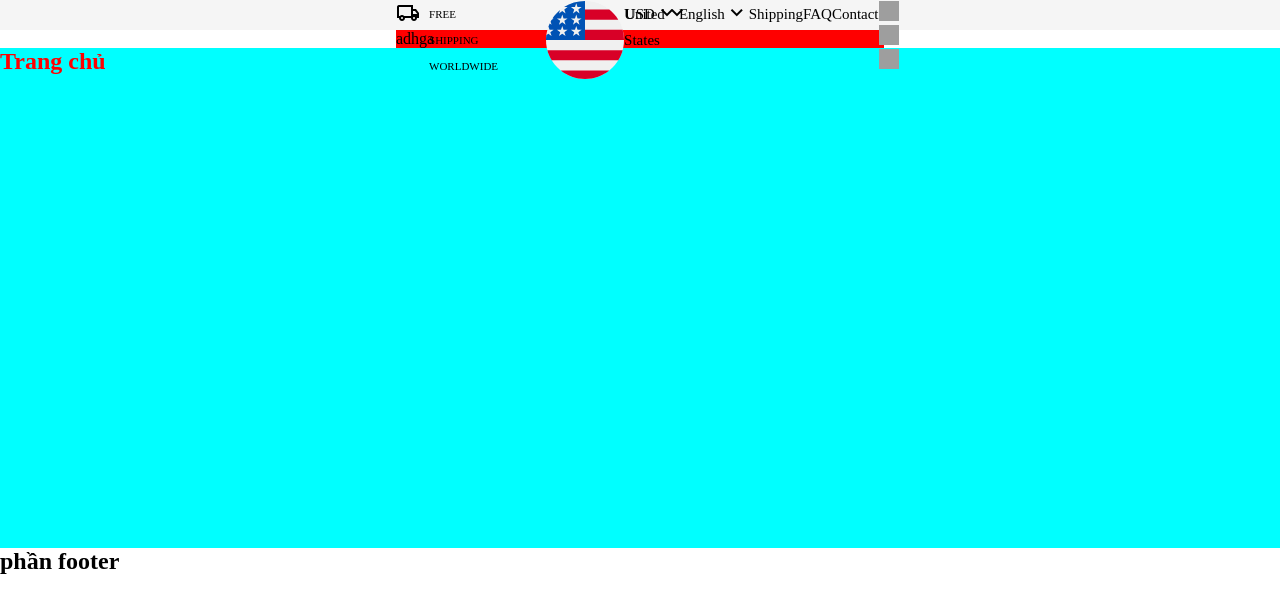
Repository: tatvanhco/shopper
Page: /
The author's editor kept a copy of each file at every save. The page is drawn from the files as they stood at one save, then again after a run of saves.
The browser window is 1280 px wide. The pictures show the whole page.
Pictures or frames that could not be fetched are drawn as grey boxes. The project was rebuilt for these pictures with package versions that can differ from the ones it lists, and the page was loaded fresh each time.

Above is the page before, as saved 2022-09-24 11:51:46.

### src/index.tsx
import React from 'react';
import { createRoot } from 'react-dom/client';
import { Provider } from 'react-redux';
import { store } from './app/store';
import App from './App';
import reportWebVitals from './reportWebVitals';
import './index.scss';

const container = document.getElementById('root')!;
const root = createRoot(container);

root.render(
    <React.StrictMode>
        <Provider store={store}>
            <App />
        </Provider>
    </React.StrictMode>,
);

// If you want to start measuring performance in your app, pass a function
// to log results (for example: reportWebVitals(console.log))
// or send to an analytics endpoint. Learn more: https://bit.ly/CRA-vitals
reportWebVitals();

### src/app/store.ts
import { configureStore, ThunkAction, Action, getDefaultMiddleware } from '@reduxjs/toolkit';
import createSagaMiddleware from '@redux-saga/core';
import rootSaga from './rootSaga';

const sagaMiddleware = createSagaMiddleware();
export const store = configureStore({
    reducer: {

    },
    middleware: (getDefaultMiddleware) => {
        return getDefaultMiddleware().concat(sagaMiddleware);
    },
});

sagaMiddleware.run(rootSaga);

export type AppDispatch = typeof store.dispatch;
export type RootState = ReturnType<typeof store.getState>;
export type AppThunk<ReturnType = void> = ThunkAction<ReturnType, RootState, unknown, Action<string>>;

### src/App.tsx
import React from 'react';
import './App.scss';
import Header from 'components/header/header';
import Footer from 'components/footer/footer';
import Home from 'pages/home/home';

function App() {
    return (
        <div className="App">
            <Header />
            <Home />
            <Footer />
        </div>
    );
}

export default App;

### src/index.scss
/* @import 'normalize.css'; */
@import url('https://fonts.googleapis.com/css2?family=Roboto:wght@300;400;500;700&display=swap');
@import url('https://fonts.googleapis.com/css2?family=Material+Symbols+Outlined:opsz,wght,FILL,GRAD@20..48,100..700,0..1,-50..200');

body {
    margin: -15px 0 0 0;
    padding: 0;
    /* font-family: -apple-system, BlinkMacSystemFont, 'Segoe UI', 'Roboto', 'Oxygen', 'Ubuntu', 'Cantarell', 'Fira Sans',
        'Droid Sans', 'Helvetica Neue', sans-serif; */
    -webkit-font-smoothing: antialiased;
    -moz-osx-font-smoothing: grayscale;
}

html {
    margin: 0;
    padding: 0;
}

code {
    font-family: source-code-pro, Menlo, Monaco, Consolas, 'Courier New', monospace;
}

p {
    margin: 0 !important;
    line-height: initial;
}

h1,
h2 {
    margin: 0;
}

### src/app/rootSaga.ts
function* rootSaga() {
    console.log('hahahha');
}

export default rootSaga;

### src/App.scss
.container {
    padding: 0px 16px;
    margin: 0 380px;
}

.d-flex {
    display: flex;
}

.ul {
    list-style: none;
    padding-left: 0;
}

.title {
    font-size: 15px;
    line-height: 26px;
    padding: 5px 2;
}

.img-icon {
    width: 20px;
    height: 20px;
}

### src/components/header/header.tsx
import clsx from 'clsx';
import { url } from 'inspector';
import { Fragment } from 'react';
import styles from './header.module.scss';

function header() {
    return (
        <Fragment>
            <div className="header">
                <div className={styles.headerTop}>
                    <div className="container">
                        <div className={clsx(styles.headerContact, 'd-flex')}>
                            <div className="headerContactRight">
                                <ul className={clsx('headerContactRightItems', 'ul', 'd-flex')}>
                                    <li className={clsx('headerContactRightItem', 'd-flex')}>
                                        <span className="material-symbols-outlined">local_shipping</span>
                                        <p className={clsx(styles.titleShip)}>FREE SHIPPING WORLDWIDE</p>
                                    </li>
                                    <li className={clsx('headerContactRightItem', 'd-flex')}>
                                        <div className={clsx(styles.nation, 'd-flex')}>
                                            <img
                                                src="data:[embedded picture, 137 characters]
                                                        nLzIwMDAvc3ZnIj4KPHBhdGggZD0iTTcgMTRDMTAuODY2IDE0IDE0IDEwLjg2NiAxNCA3QzE0IDMuMTM0MDEgMTAuODY2IDAgNyAwQzMuMTM0MDEgMCAwIDMuMTM0MDEgMCA3QzAgMTAuO
                                                        DY2IDMuMTM0MDEgMTQgNyAxNFoiIGZpbGw9IiNGMEYwRjAiLz4KPHBhdGggZD0iTTYuNjk1OCA2Ljk5OTk4SDE0LjAwMDFDMTQuMDAwMSA2LjM2ODE4IDEzLjkxNTkgNS43NTYxMiAxMy4
                                                        3NTkgNS4xNzM4OUg2LjY5NThWNi45OTk5OFoiIGZpbGw9IiNEODAwMjciLz4KPHBhdGggZD0iTTYuNjk1OCAzLjM0NzgzSDEyLjk3MjdDMTIuNTQ0MiAyLjY0ODU5IDExLjk5NjMgMi4wM
                                                        zA1NCAxMS4zNTc1IDEuNTIxNzNINi42OTU4VjMuMzQ3ODNaIiBmaWxsPSIjRDgwMDI3Ii8+CjxwYXRoIGQ9Ik02Ljk5OTk3IDE0QzguNjQ3NCAxNCAxMC4xNjE2IDEzLjQzMDYgMTEuMzU
                                                        3NCAxMi40NzgzSDIuNjQyNThDMy44MzgzMiAxMy40MzA2IDUuMzUyNTMgMTQgNi45OTk5NyAxNFoiIGZpbGw9IiNEODAwMjciLz4KPHBhdGggZD0iTTEuMDI3NDggMTAuNjUyMkgxMi45N
                                                        zI3QzEzLjMxNjcgMTAuMDkwOCAxMy41ODM1IDkuNDc3MjMgMTMuNzU4OSA4LjgyNjA3SDAuMjQxMjExQzAuNDE2Njc2IDkuNDc3MjMgMC42ODM0NjkgMTAuMDkwOCAxLjAyNzQ4IDEwLjY
                                                        1MjJaIiBmaWxsPSIjRDgwMDI3Ii8+CjxwYXRoIGQ9Ik0zLjI0MjUzIDEuMDkzMTVIMy44ODA0M0wzLjI4NzA3IDEuNTI0MjJMMy41MTM3MyAyLjIyMTczTDIuOTIwMzkgMS43OTA2NkwyL
                                                        jMyNzA2IDIuMjIxNzNMMi41MjI4NCAxLjYxOTE2QzIuMDAwNDEgMi4wNTQzNCAxLjU0MjUyIDIuNTY0MTkgMS4xNjUxNyAzLjEzMjI4SDEuMzY5NTdMMC45OTE4NjcgMy40MDY2OEMwLjk
                                                        zMzAyMyAzLjUwNDg0IDAuODc2NTg2IDMuNjA0NTYgMC44MjI1IDMuNzA1NzZMMS4wMDI4NiA0LjI2MDg3TDAuNjY2MzY3IDQuMDE2MzlDMC41ODI3MjMgNC4xOTM2IDAuNTA2MjE1IDQuM
                                                        zc0ODEgMC40Mzc0NDUgNC41NTk3OUwwLjYzNjE1MiA1LjE3MTQxSDEuMzY5NTdMMC43NzYyMDcgNS42MDI0OUwxLjAwMjg2IDYuM0wwLjQwOTUyNyA1Ljg2ODkzTDAuMDU0MTEzMyA2LjE
                                                        yNzE2QzAuMDE4NTM5MSA2LjQxMzEyIDAgNi43MDQzOSAwIDdIN0M3IDMuMTM0MDMgNyAyLjY3ODI3IDcgMEM1LjYxNzE3IDAgNC4zMjgxMSAwLjQwMTEzMyAzLjI0MjUzIDEuMDkzMTVaT
                                                        TMuNTEzNzMgNi4zTDIuOTIwMzkgNS44Njg5M0wyLjMyNzA2IDYuM0wyLjU1MzcxIDUuNjAyNDlMMS45NjAzNiA1LjE3MTQxSDIuNjkzNzdMMi45MjAzOSA0LjQ3MzlMMy4xNDcwMiA1LjE
                                                        3MTQxSDMuODgwNDNMMy4yODcwNyA1LjYwMjQ5TDMuNTEzNzMgNi4zWk0zLjI4NzA3IDMuNTYzMzZMMy41MTM3MyA0LjI2MDg3TDIuOTIwMzkgMy44Mjk3OUwyLjMyNzA2IDQuMjYwODdMM
                                                        i41NTM3MSAzLjU2MzM2TDEuOTYwMzYgMy4xMzIyOEgyLjY5Mzc3TDIuOTIwMzkgMi40MzQ3N0wzLjE0NzAyIDMuMTMyMjhIMy44ODA0M0wzLjI4NzA3IDMuNTYzMzZaTTYuMDI0NTkgNi4
                                                        zTDUuNDMxMjYgNS44Njg5M0w0LjgzNzkzIDYuM0w1LjA2NDU4IDUuNjAyNDlMNC40NzEyMiA1LjE3MTQxSDUuMjA0NjRMNS40MzEyNiA0LjQ3MzlMNS42NTc4OSA1LjE3MTQxSDYuMzkxM
                                                        0w1Ljc5Nzk0IDUuNjAyNDlMNi4wMjQ1OSA2LjNaTTUuNzk3OTQgMy41NjMzNkw2LjAyNDU5IDQuMjYwODdMNS40MzEyNiAzLjgyOTc5TDQuODM3OTMgNC4yNjA4N0w1LjA2NDU4IDMuNTY
                                                        zMzZMNC40NzEyMiAzLjEzMjI4SDUuMjA0NjRMNS40MzEyNiAyLjQzNDc3TDUuNjU3ODkgMy4xMzIyOEg2LjM5MTNMNS43OTc5NCAzLjU2MzM2Wk01Ljc5Nzk0IDEuNTI0MjJMNi4wMjQ1O
                                                        SAyLjIyMTczTDUuNDMxMjYgMS43OTA2Nkw0LjgzNzkzIDIuMjIxNzNMNS4wNjQ1OCAxLjUyNDIyTDQuNDcxMjIgMS4wOTMxNUg1LjIwNDY0TDUuNDMxMjYgMC4zOTU2MzdMNS42NTc4OSA
                                                        xLjA5MzE1SDYuMzkxM0w1Ljc5Nzk0IDEuNTI0MjJaIiBmaWxsPSIjMDA1MkI0Ii8+Cjwvc3ZnPgo="
                                                alt=""
                                            />
                                            <p className={clsx('title')}>United States</p>
                                            <span className="material-symbols-outlined">expand_more</span>
                                        </div>
                                    </li>
                                    <li className={clsx('headerContactRightItem', 'd-flex')}>
                                        <div className={clsx(styles.nation, 'd-flex')}>
                                            <p className={clsx('title')}>USD</p>
                                            <span className="material-symbols-outlined">expand_more</span>
                                        </div>
                                    </li>
                                    <li className={clsx('headerContactRightItem', 'd-flex')}>
                                        <div className={clsx(styles.nation, 'd-flex')}>
                                            <p className={clsx('title')}>English</p>
                                            <span className="material-symbols-outlined">expand_more</span>
                                        </div>
                                    </li>
                                </ul>
                            </div>
                            <div className="headerContactLeft">
                                <ul className={clsx('headerContactLeftItems', 'd-flex', 'ul')}>
                                    <li className={clsx('headerContactLeftItem')}>
                                        <p className={clsx('title')}>Shipping</p>
                                    </li>
                                    <li className={clsx('headerContactLeftItem')}>
                                        <p className={clsx('title')}>FAQ</p>
                                    </li>
                                    <li className={clsx('headerContactLeftItem')}>
                                        <p className={clsx('title')}>Contact</p>
                                    </li>
                                    <li className={clsx('headerContactLeftItem')}>
                                        <img
                                            className={clsx('img-icon')}
                                            src="https://cdn-icons-png.flaticon.com/512/1384/1384005.png"
                                            alt="Facebook"
                                        />
                                        <img
                                            className={clsx('img-icon')}
                                            src="https://cdn-icons-png.flaticon.com/512/3661/3661391.png"
                                            alt="Instagram"
                                        />
                                        <img
                                            className={clsx('img-icon')}
                                            src="https://cdn-icons-png.flaticon.com/512/1384/1384028.png"
                                            alt="Youtube"
                                        />
                                    </li>
                                </ul>
                            </div>
                        </div>
                    </div>
                </div>
                <div className="headerBottom">
                    <div className="container">
                        <div className={clsx(styles.headerFrom)}>adhga</div>
                    </div>
                </div>
            </div>
        </Fragment>
    );
}

export default header;

### src/components/footer/footer.tsx
function footer() {
    return <h2>phần footer</h2>;
}

export default footer;

### src/pages/home/home.tsx
import clsx from 'clsx';
import styles from './home.module.scss';

function Home() {
    return (
        <>
            <h2 className={clsx(styles.heading)}>Trang chủ</h2>
        </>
    );
}

export default Home;

### src/components/header/header.module.scss
.headerTop {
    background-color: #f5f5f5;
}

.headerContact {
    height: 45px;
    justify-content: space-between;
    vertical-align: middle;
}

.headerFrom {
    background-color: red;
}

.titleShip {
    font-size: 11px;
    line-height: 26px;
    padding: 0px 48px 0 9px;
}

### src/pages/home/home.module.scss
.heading {
    height: 500px;
    background-color: aqua;
    color: red;
}

.active {
    background-color: yellow;
}

Loaded but not shown: public/index.html (common file); src/reportWebVitals.ts (common file)

After the next 3 saves:
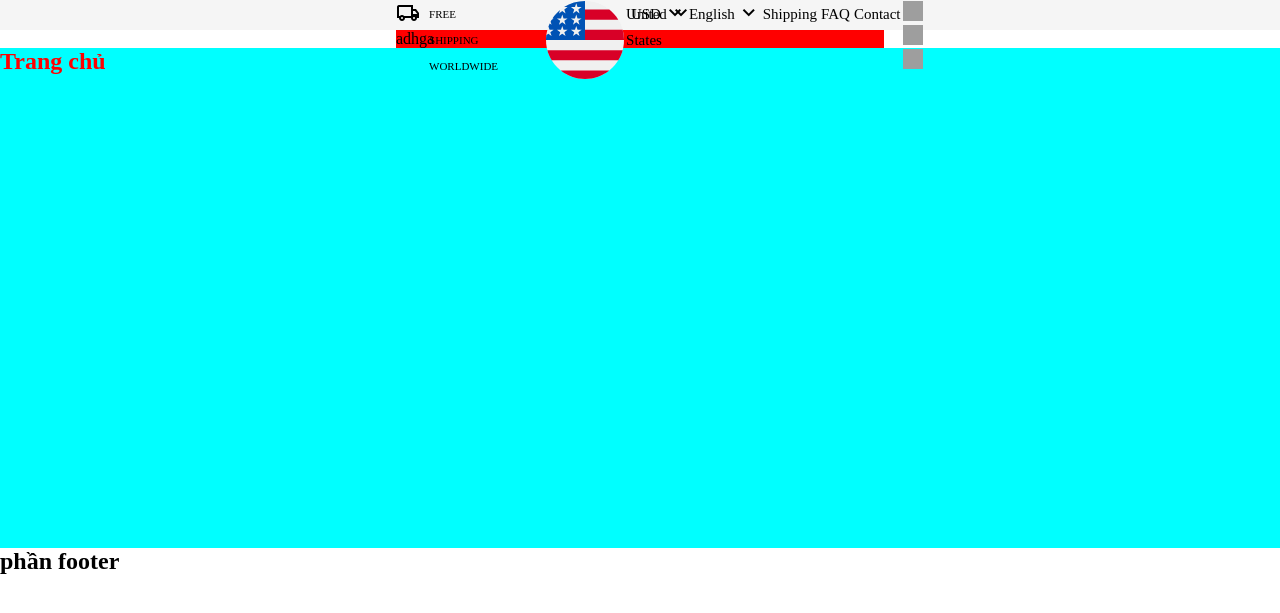
The 3 saves are shown as one change because they came seconds apart.
The last was saved 9 s later.
--- a/src/App.scss
+++ b/src/App.scss
@@ -15,7 +15,7 @@
 .title {
     font-size: 15px;
     line-height: 26px;
-    padding: 5px 2;
+    padding: 0 2px;
 }
 
 .img-icon {
